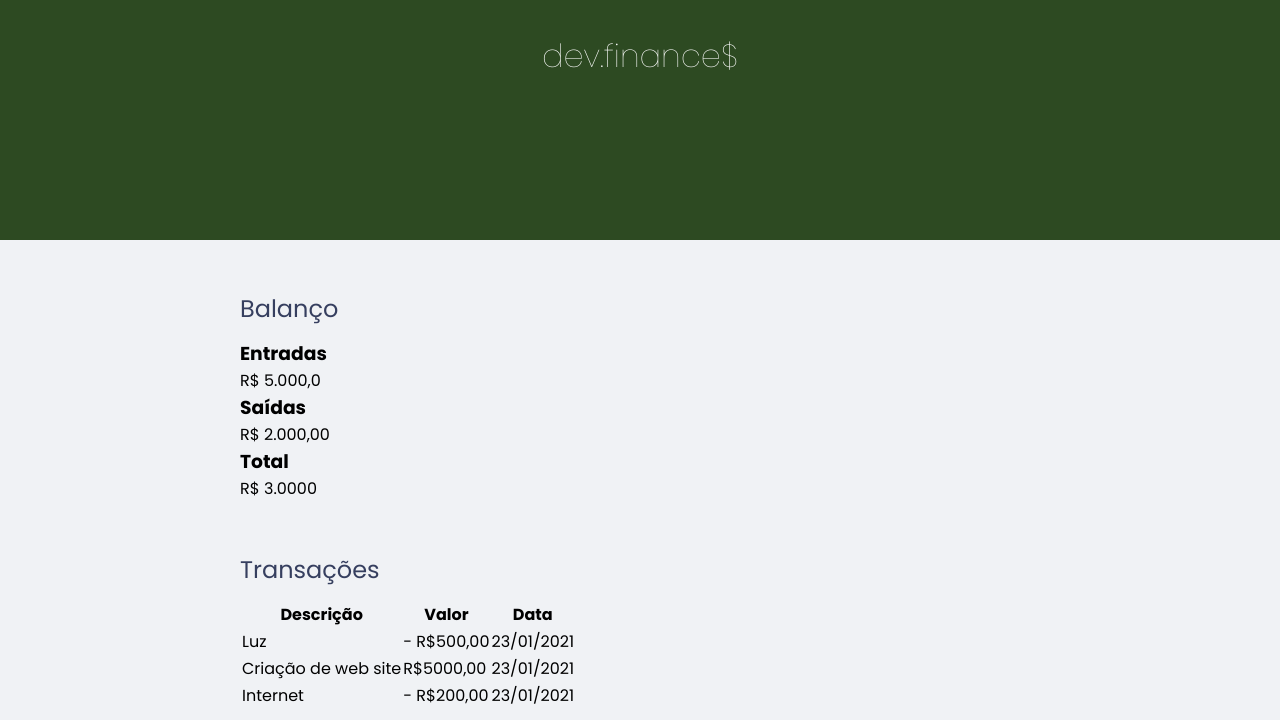
Repository: rafaelmgr12/maratona-dev01
Page: index.html
These files come from the project's save history. The page is drawn as it stood at one moment and after the next save; the edit follows.
The browser window is 1280 px wide. The pictures show the whole page.

Above is the page before, as saved 2021-04-26 20:29:28.

### index.html
<!DOCTYPE html>
<html lang="pt-br">
  <head>
    <meta charset="UTF-8" />
    <meta http-equiv="X-UA-Compatible" content="IE=edge" />
    <meta name="viewport" content="width=device-width, initial-scale=1.0" />
    <title>Rafael-app.finance$</title>
    <link rel="stylesheet" href="style.css">
    <link rel="preconnect" href="https://fonts.gstatic.com">
    <link href="https://fonts.googleapis.com/css2?family=Poppins:ital,wght@0,100;0,400;0,700;1,100;1,400;1,700&display=swap" rel="stylesheet">
  </head>
  <body>
    <header><h1 id = "logo">dev.finance$</h1></header>
    <main class = "container">
      <section id="balance">
        <h2>Balanço</h2>
        <divc class = "card">
          <h3>Entradas</h3>
          <p>R$ 5.000,0</p>
        </div>
        <div>
          <h3 class = "card">Saídas</h3>
          <p>R$ 2.000,00</p>
        </div>
        <div class="card">
          <h3>Total</h3>
          <p>R$ 3.0000</p>
        </div>
      </section>
      <section id = "transaction">
        <h2>Transações</h2>
        <table id= "data-table">
          <thead>
            <tr>
              <th>Descrição</th>
              <th>Valor</th>
              <th>Data</th>
            </tr>
          </thead>
          <tbody>
            <tr>
              <td>Luz</td>
              <td>- R$500,00</td>
              <td>23/01/2021</td>
            </tr>
            <tr>
              <td>Criação de web site</td>
              <td>R$5000,00</td>
              <td>23/01/2021</td>
            </tr>
            <tr>
              <td>Internet</td>
              <td>- R$200,00</td>
              <td>23/01/2021</td>
            </tr>
          </tbody>
        </table>
      </section>
    </main>
    <footer></footer>
  </body>
</html>

### style.css
/* Global ======================================== */

* {
  margin: 0;
  padding: 0;
  box-sizing: border-box;
}

body {
  background: #f0f2f5;
  font-family: "Poppins", sans-serif;
}
.container {
  width: min(90vw, 800px);
  margin: auto;
}
/* Titles ======================================== */
h2 {
  margin-top: 3.2rem;
  margin-bottom: 0.8rem;
  color: #363f5f;

  font-weight: normal;
}

/* Header ======================================== */
header {
  background: #2d4a22;
  padding: 2rem 0 10rem;
  text-align: center;
}

#logo {
  color: #fff;
  font-weight: 100;
}

/* Balance ======================================== */
balance {
  margin-top: -8rem;
}

balance h2 {
  color: white;
  margin-top: 0;
}

/* Cards ======================================== */

.card{

}


/* footer ======================================== */
footer {
  text-align: center;
}

After the next save:
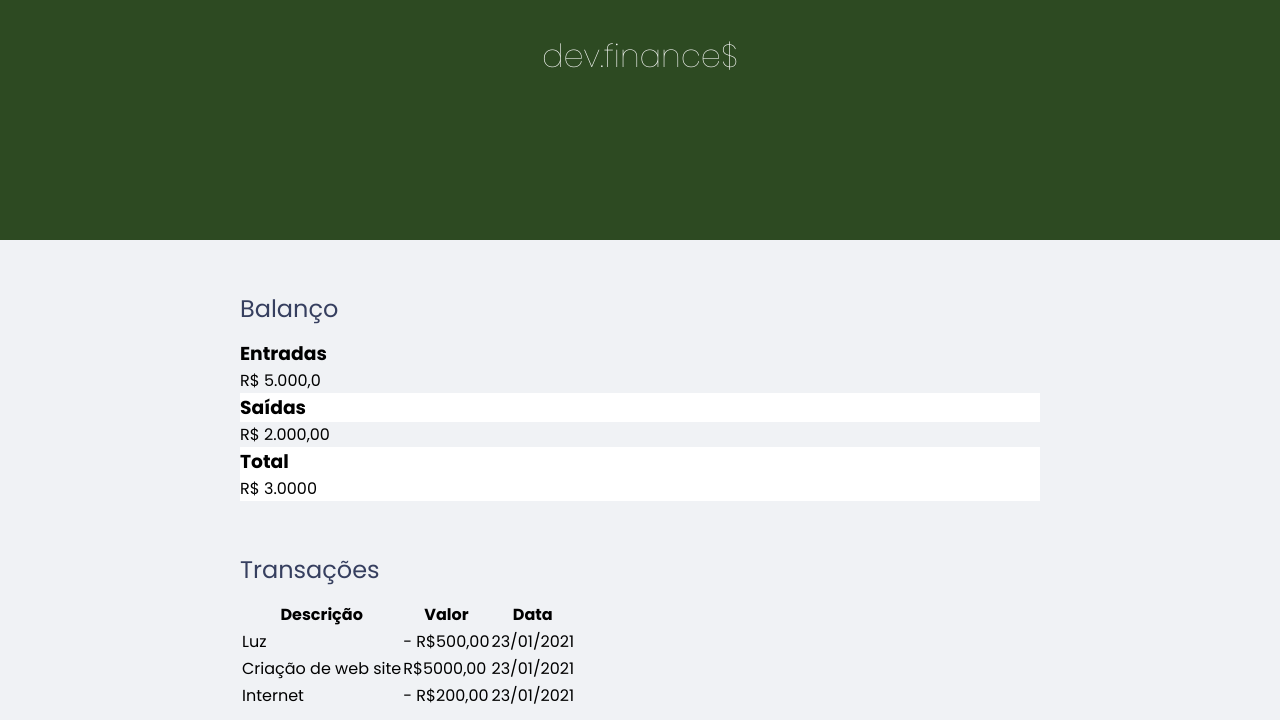
Saved 14 s later.
--- a/style.css
+++ b/style.css
@@ -47,7 +47,8 @@ balance h2 {
 
 /* Cards ======================================== */
 
-.card{
+.card{background : white;
+
 
 }
 
